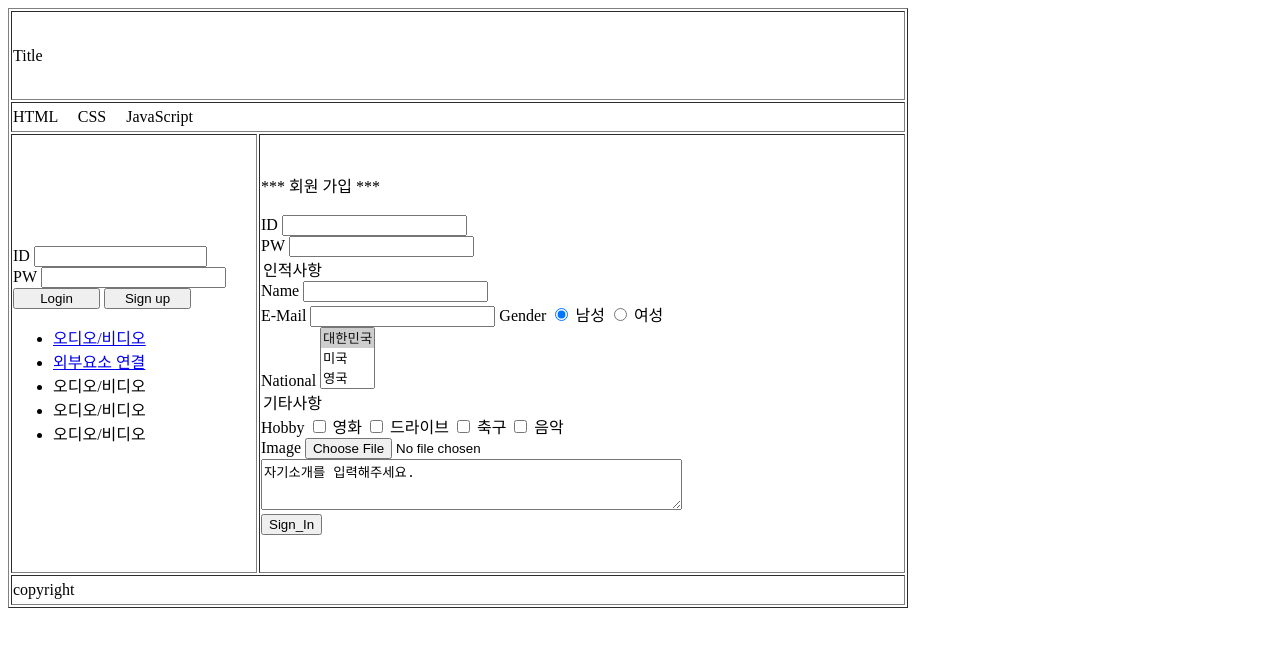
Repository: Hwangjiwon/MultiCampus
Page: http://localhost/2Study/jsp/member_insert.jsp
An editor plug-in stored every save of this project. The page is shown before and after the next save, followed by the edit.
The browser window is 1280 px wide. The pictures show the whole page.
The page is served by Tomcat 9. Other server files are loaded and not shown.

Above is the page before, as saved 2019-05-31 02:35:58.

### 2Study/WebContent/jsp/member_insert.jsp
<%@ page language="java" contentType="text/html; charset=UTF-8"
	pageEncoding="UTF-8"%>

<jsp:include page="header.jsp"></jsp:include>
<jsp:include page="side.jsp"></jsp:include>
<td>

	*** 회원 가입 *** <br> <br>

	<form action = "/2Study/Main?sign=member_insert" method="get">

		ID <input type = "text" name = "id" > <br>
		PW <input type = "text" name = "pw" > <br>
		<fildset>
			<legend>인적사항</legend>
		Name <input type = "text" name = "name"> <br>
		E-Mail <input type ="email" />
		Gender <input type = "radio" name = gender" value = "male" checked /> 남성
			<input type = "radio" name = gender" value = "female" /> 여성 <br>
		National <select name ="country" size="3">
					<option value = "Korea" selected> 대한민국 </option>
					<option value = "USA"> 미국 </option>
					<option value = "UK"> 영국 </option>
					<option value = "Japan"> 일본 </option>
					<option value = "China"> 중국 </option>
				</select> <br>
		</fildset>
		<fildset>
			<legend>기타사항</legend>
		Hobby <input type ="checkbox" name = "hobby" value = "movie" /> 영화
			<input type ="checkbox" name = "hobby" value = "drive" /> 드라이브
			<input type ="checkbox" name = "hobby" value = "soccer" /> 축구
			<input type ="checkbox" name = "hobby" value = "music" /> 음악 <br>
		Image <input type = "file" name = "filename" > <br>
		<textarea rows = "3" cols ="50" name ="memo">
자기소개를 입력해주세요.
		</textarea> <br>
		</fildset>
		<input type ="submit" value ="Sign_In">
	</form>
</td>
</tr>

<jsp:include page="copyright.jsp"></jsp:include>

### 2Study/WebContent/jsp/header.jsp
<%@ page language="java" contentType="text/html; charset=UTF-8"
	pageEncoding="UTF-8"%>
<!DOCTYPE html>
<html>
<head>
<meta charset="UTF-8">
<title>HOME</title>
</head>
<body>
	<table border="1" width="900" height="600">
		<tr height="15%">
			<td colspan="2">Title</td>
		</tr>
		<tr height="5%">
			<td colspan="2">HTML &nbsp;&nbsp;&nbsp; CSS &nbsp;&nbsp;&nbsp;
				JavaScript</td>
		</tr>

### 2Study/WebContent/jsp/side.jsp
<%@ page language="java" contentType="text/html; charset=UTF-8"
	pageEncoding="UTF-8"%>
<tr>
	<td width="20%">
		<!-- Java code가 들어갈 수 있는 부분 -->
		<%
			String username = (String)session.getAttribute("username");
			if(username != null) { //login_ok
		%>

			${username}님, 환영합니다.

		<form action="/2Study/Main?sign=logout" method="post">
			<input type="submit" value="Logout">
		</form>

		<%
			} else {
		%>
			<!-- 절대경로화 해서 서블릿으로 요청 보내기 -->
			<form style="width: 242px;" method="post" action="/2Study/Main?sign=login">
				ID <input name="id" style="width: 165px;"><br>
				PW <input name="pw" type="password"><br>
					<input type="submit" value="Login" style="width: 87px;">
					<a href = "/2Study/jsp/member_insert.jsp">
						<input type="button" value="Sign up" style="width: 87px;">
					</a>
			</form>

		<%
			}
		%>

		<ul>
			<!-- Context명부터 써줘서 절대경로화! /프로젝트명/... -->
			<li><a href="/2Study/jsp/audio_video.jsp">오디오/비디오</a></li>
			<li><a href="/2Study/jsp/iframe.jsp">외부요소 연결</a></li>
			<li>오디오/비디오</li>
			<li>오디오/비디오</li>
			<li>오디오/비디오</li>
		</ul>
	</td>

### 2Study/WebContent/jsp/copyright.jsp
<%@ page language="java" contentType="text/html; charset=UTF-8"
	pageEncoding="UTF-8"%>

<tr height="5%">
	<td colspan="2">copyright</td>
</tr>
</table>

</body>
</html>

After the next save:
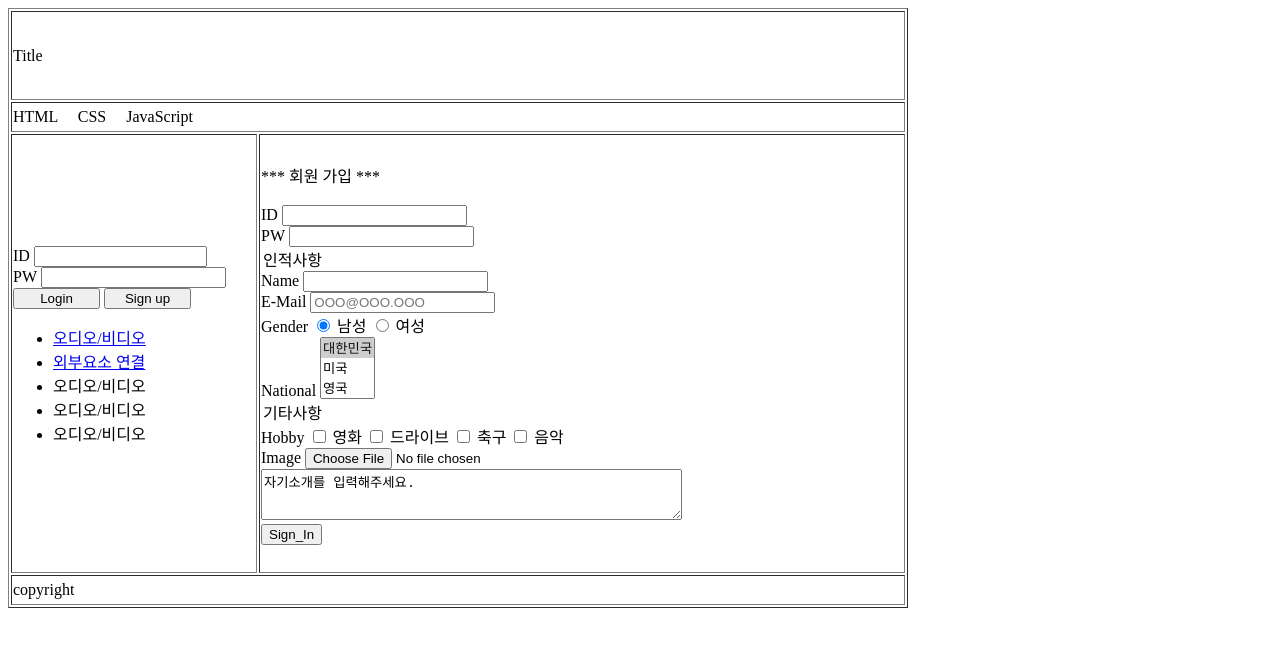
Saved 34 s later.
--- a/2Study/WebContent/jsp/member_insert.jsp
+++ b/2Study/WebContent/jsp/member_insert.jsp
@@ -14,7 +14,7 @@
 		<fildset>
 			<legend>인적사항</legend>
 		Name <input type = "text" name = "name"> <br>
-		E-Mail <input type ="email" />
+		E-Mail <input type ="email" placeholder="OOO@OOO.OOO" /> <br>
 		Gender <input type = "radio" name = gender" value = "male" checked /> 남성
 			<input type = "radio" name = gender" value = "female" /> 여성 <br>
 		National <select name ="country" size="3">
